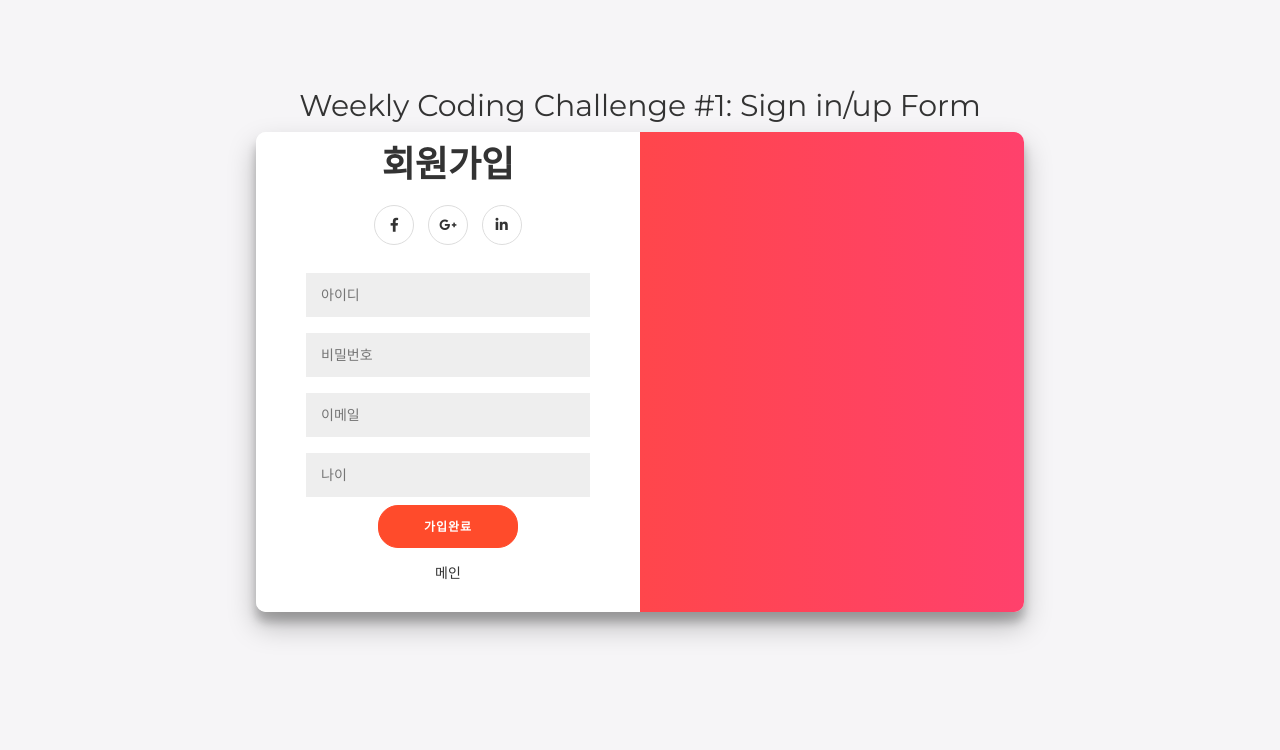
Repository: donghoonshin96/20230601
Page: http://localhost/jsp_project4/member/modify.jsp
The author's editor kept a copy of each file at every save. The page is drawn from the files as they stood at one save, then again after the next save.
The browser window is 1280 px wide. The pictures show the whole page.
Some web libraries are served in a nearby version. The page is served by Tomcat 9.

Above is the page before, as saved 2023-05-30 06:22:53.

After the next save:
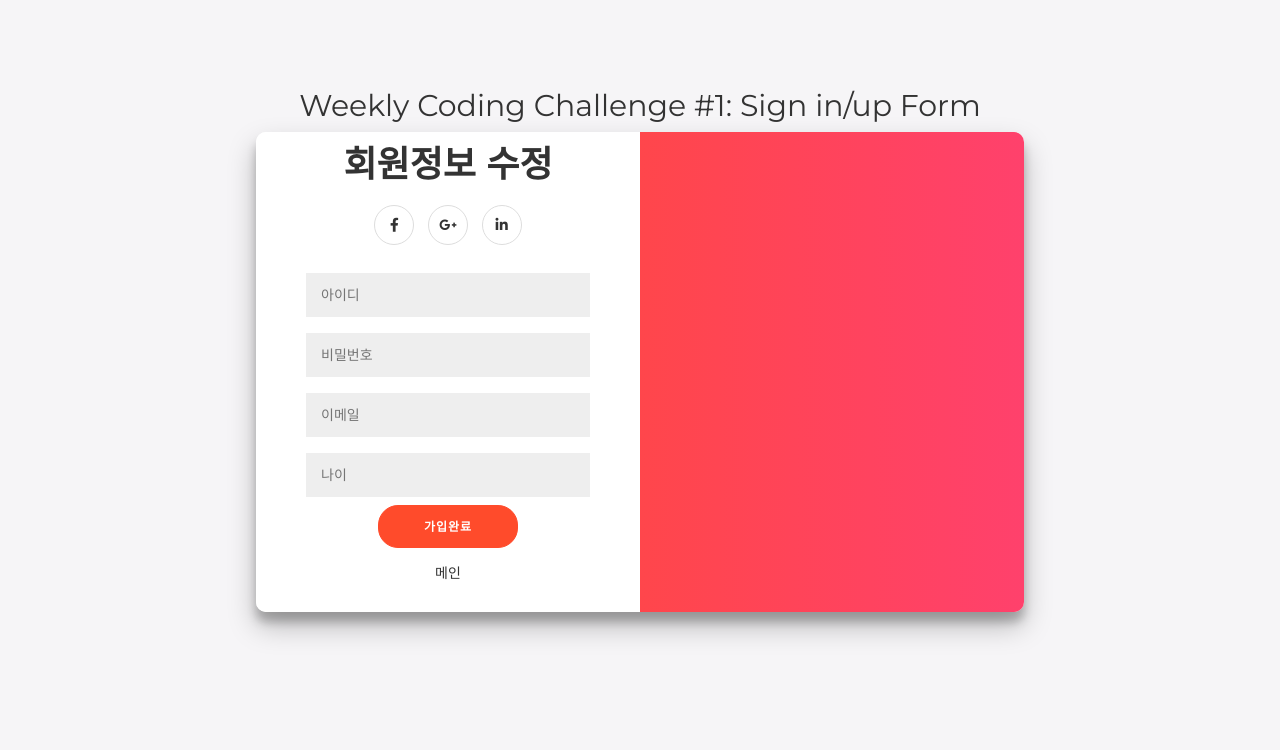
Saved 22 s later.
--- a/jsp_project4/jsp_project4/src/main/webapp/member/modify.jsp
+++ b/jsp_project4/jsp_project4/src/main/webapp/member/modify.jsp
@@ -316,7 +316,7 @@
 		</div>
 		<div class="form-container sign-in-container">
 			<form action="/mem/login_auth" method="post">
-				<h1>회원가입</h1>
+				<h1>회원정보 수정</h1>
 				<div class="social-container">
 					<a href="#" class="social"><i class="fab fa-facebook-f"></i></a> <a
 						href="#" class="social"><i class="fab fa-google-plus-g"></i></a> <a
